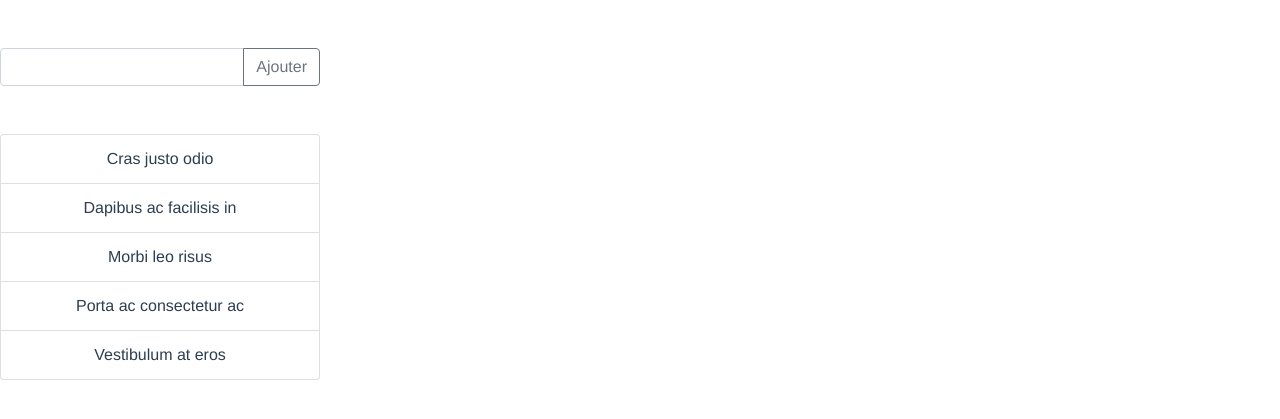
Repository: corentin-e-student/test-vue
Page: /
These files come from the project's save history. The page is drawn as it stood at one moment and after the next save; the edit follows.
The browser window is 1280 px wide. The pictures show the whole page.
The project was rebuilt for these pictures with package versions that can differ from the ones it lists, and the page was loaded fresh each time. Also part of the build but not shown: vue.config.js.

Above is the page before, as saved 2023-02-28 14:47:07.

After the next save:
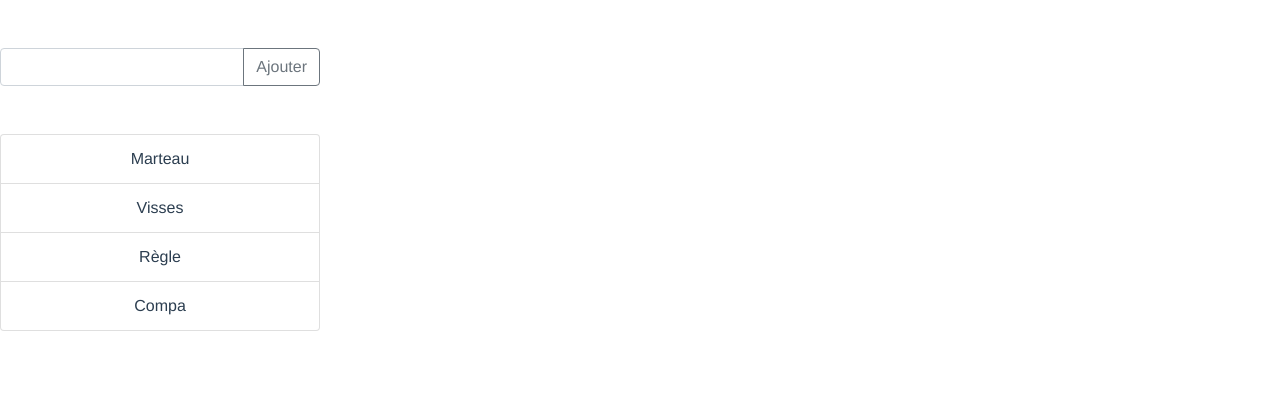
Saved 35 s later.
--- a/src/components/TodoList.vue
+++ b/src/components/TodoList.vue
@@ -1,11 +1,10 @@
 <template>
     <div class="hello">
         <b-list-group class="mt-5 w-25">
-            <b-list-group-item>Cras justo odio</b-list-group-item>
-            <b-list-group-item>Dapibus ac facilisis in</b-list-group-item>
-            <b-list-group-item>Morbi leo risus</b-list-group-item>
-            <b-list-group-item>Porta ac consectetur ac</b-list-group-item>
-            <b-list-group-item>Vestibulum at eros</b-list-group-item>
+            <b-list-group-item>Marteau</b-list-group-item>
+            <b-list-group-item>Visses</b-list-group-item>
+            <b-list-group-item>Règle</b-list-group-item>
+            <b-list-group-item>Compa</b-list-group-item>
         </b-list-group>
     </div>
   </template>
